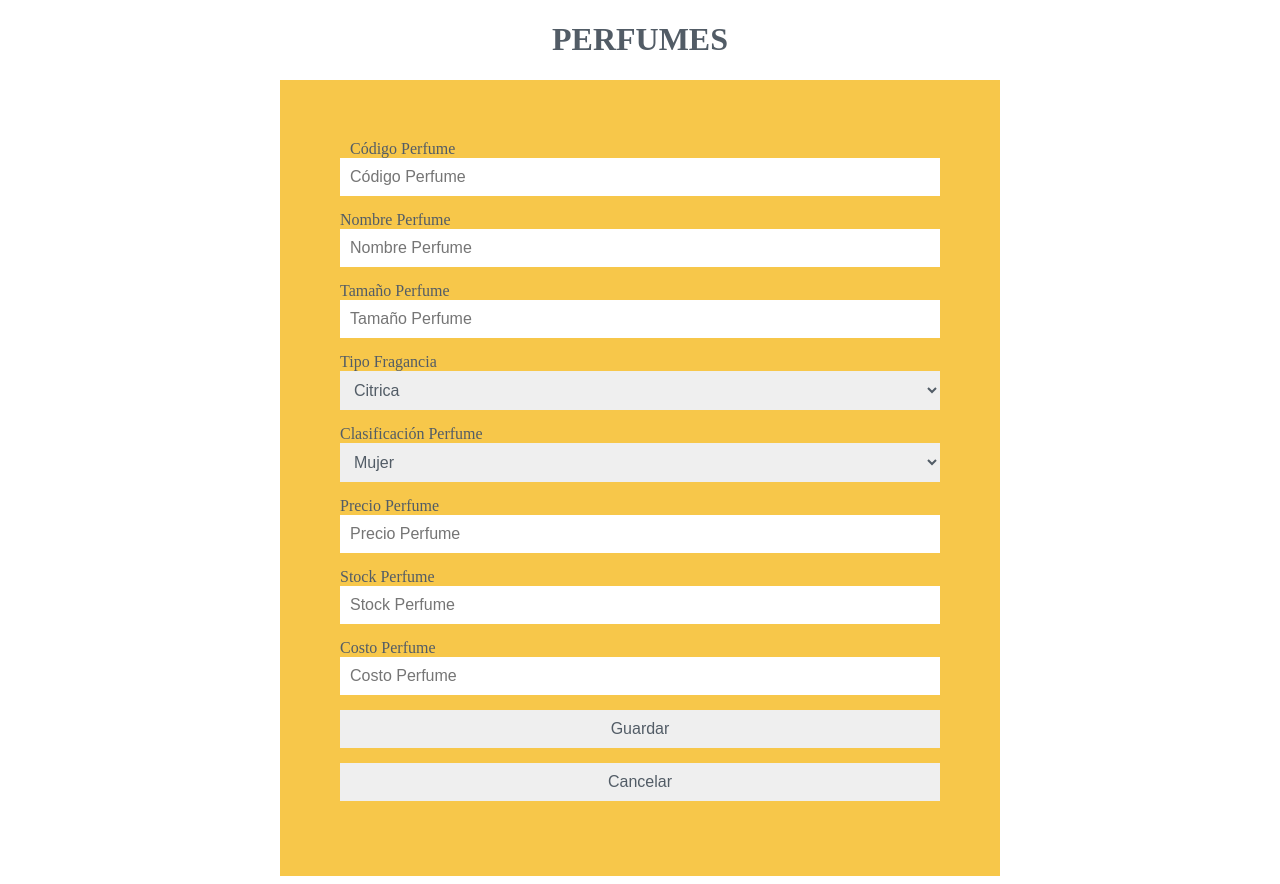
Repository: alejamorenovallejo/arosmile
Page: perfume.html
The author's editor kept a copy of each file at every save. The page is drawn from the files as they stood at one save, then again after the next save.
The browser window is 1280 px wide. The pictures show the whole page.

Above is the page before, as saved 2021-09-12 02:23:49.
Not found: main.js

After the next save:
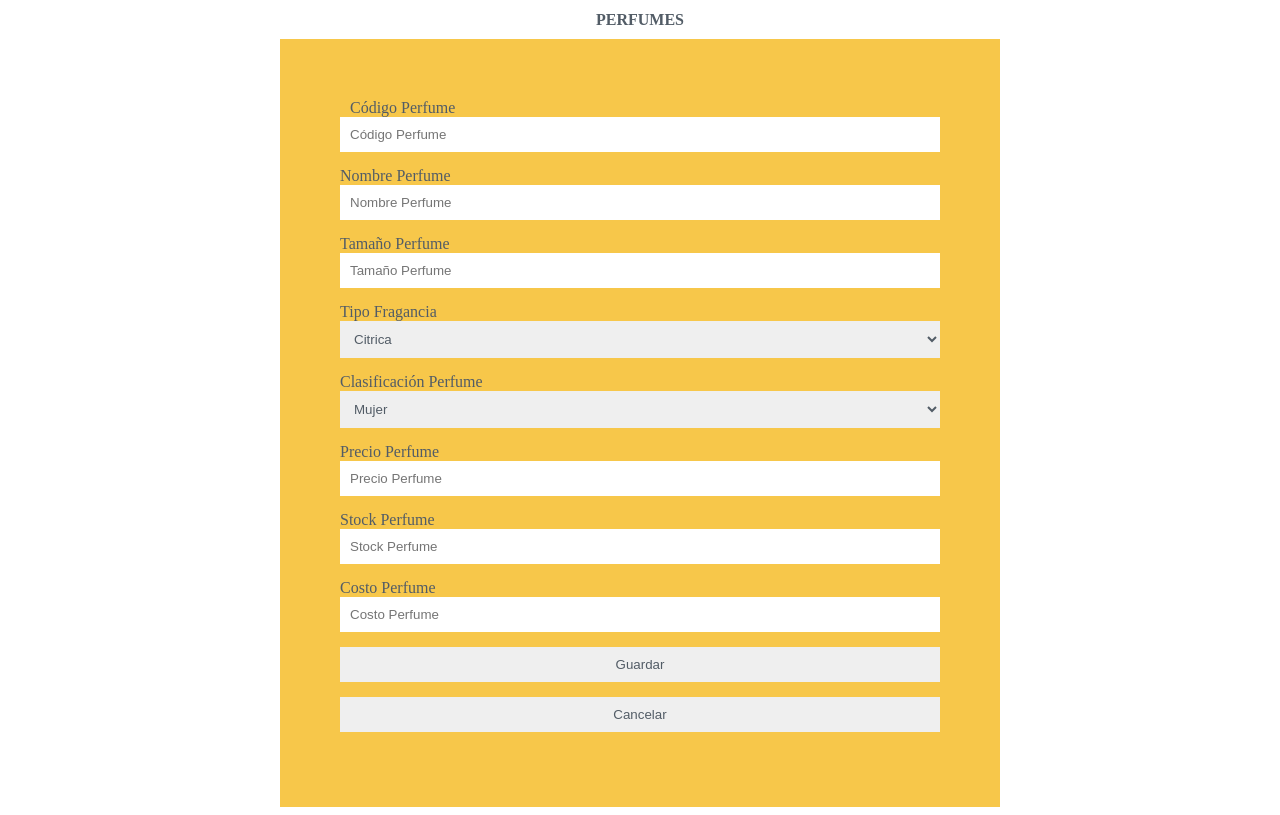
Saved 22 s later.
--- a/css/style.css
+++ b/css/style.css
@@ -11,10 +11,11 @@
     box-sizing: border-box;
     border: none;
     color: #525c66;
-    font-size: 1em;
 }
 
 h1 {
     text-align: center;
     color: #525c66;
+    font-size: 1em;
+
 }
